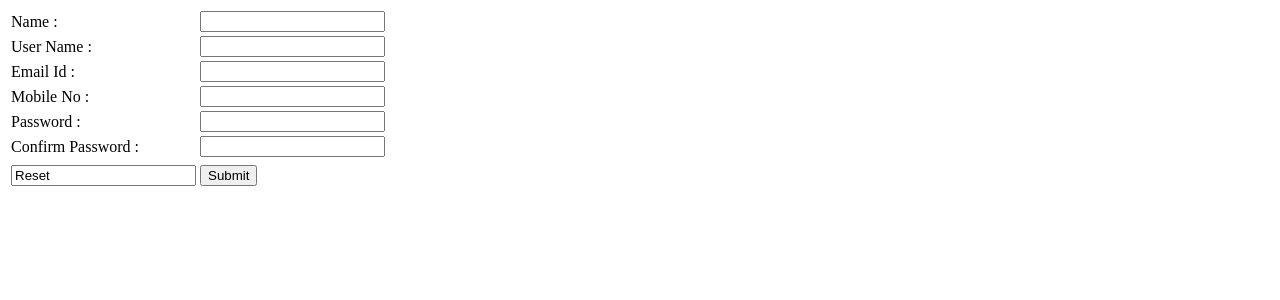
Repository: nosranijuned/WebRegister
Page: WebRegister/WebContent/view/RegistrationPage.html
An editor plug-in stored every save of this project. The page is shown before and after the next save, followed by the edit.
The browser window is 1280 px wide. The pictures show the whole page.

Above is the page before, as saved 2019-03-12 06:21:12.

After the next save:
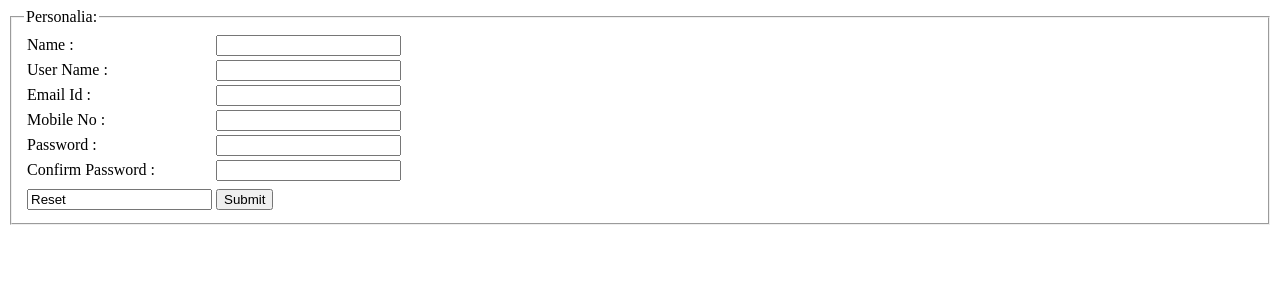
Saved 2 min 16 s later.
--- a/WebRegister/WebContent/view/RegistrationPage.html
+++ b/WebRegister/WebContent/view/RegistrationPage.html
@@ -6,6 +6,8 @@
 </head>
 <body>
 <form action="">
+	<fieldset>
+  <legend>Personalia:</legend>
 	<table>
 		<tr><td>Name : </td><td><input type="text" name="name"></td></tr>
 		<tr><td>User Name : </td><td><input type="text" name="uname"></td></tr>
@@ -16,6 +18,7 @@
 		<tr><td></td><td></td></tr>
 		<tr><td><input type="text" value="Reset"></td><td><input type="submit" value="Submit"></td></tr>
 	</table>
+	</fieldset>
 </form>
 </body>
 </html>
